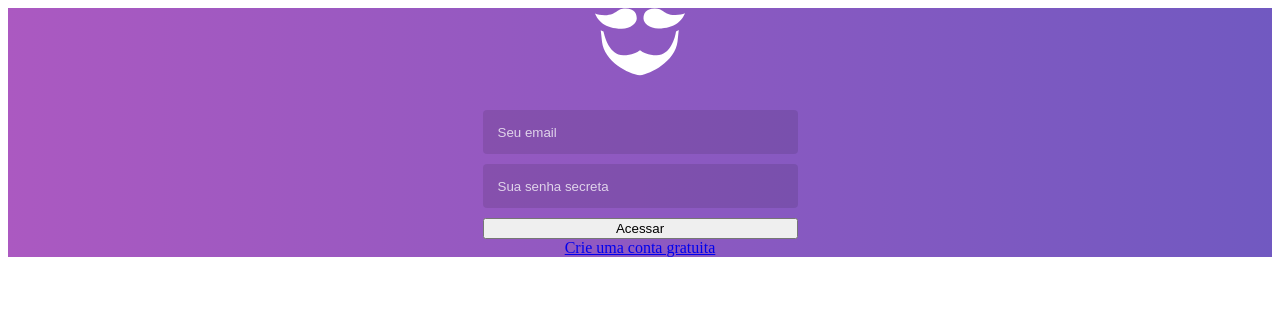
Repository: vadyvarela/gobarberweb
Page: /
The author's editor kept a copy of each file at every save. The page is drawn from the files as they stood at one save, then again after the next save.
The browser window is 1280 px wide. The pictures show the whole page.
The project was rebuilt for these pictures with package versions that can differ from the ones it lists, and the page was loaded fresh each time. Also part of the build but not shown: src/pages/_layout/default/styles.js, src/pages/_layout/default/index.js, src/pages/SignUp/index.js, src/pages/Dashboard/index.js, src/pages/Profile/index.js.

Above is the page before, as saved 2019-12-01 22:03:49.

After the next save:
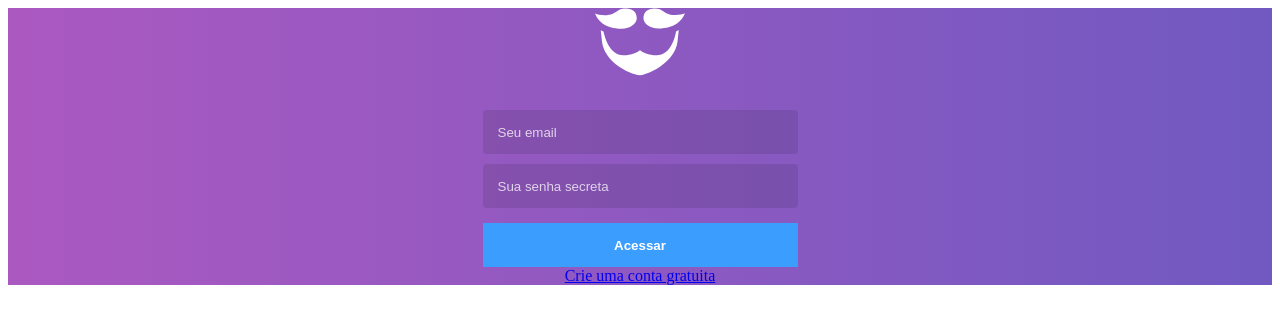
Saved 2 min 50 s later.
--- a/src/pages/_layout/auth/styles.js
+++ b/src/pages/_layout/auth/styles.js
@@ -31,5 +31,15 @@
                 color: rgba(255, 255, 255, 0.75);
             }
         }
+
+        button{
+            margin: 5px 0 0;
+            height: 44px;
+            background: #3b9eff;
+            font-weight: bold;
+            color: #fff;
+            border: 0;
+            border-rad
+        }
     }
 `;
